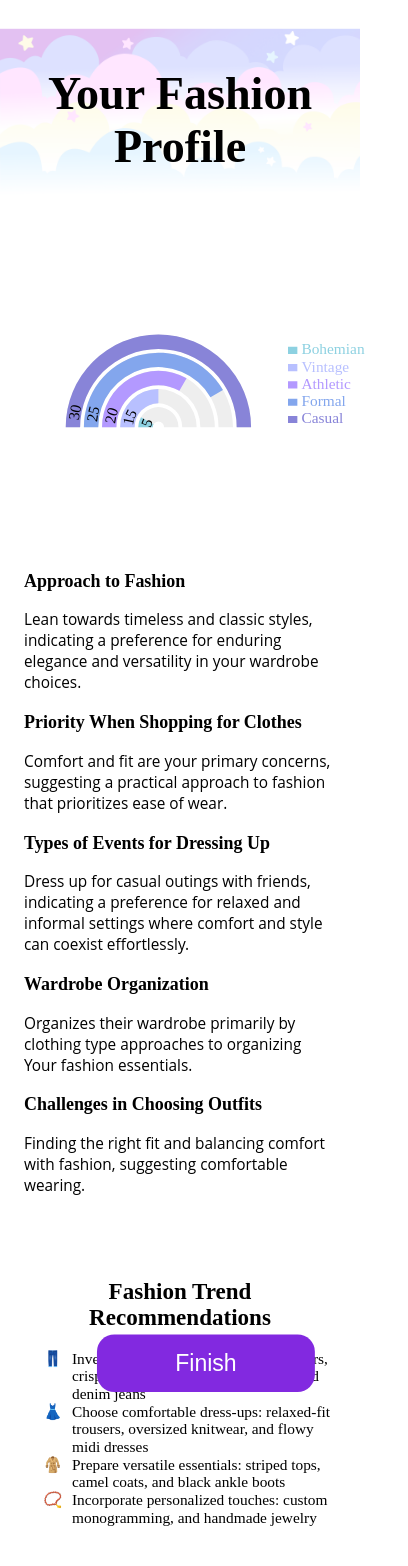
Repository: navnneett/clotho
Page: /QuizQuestions/Chart
These files come from the project's save history. The page is drawn as it stood at one moment and after the next save; the edit follows.
The browser window is 375 px wide. The page is 425 px wide, so the pictures cover 425 px, including what lies to the right of the window. The pictures show the whole page, at 96% of full size.
The project was rebuilt for these pictures with package versions that can differ from the ones it lists, and the page was loaded fresh each time. The framework's server and built-in components were replaced by stand-ins that run in the browser. Also part of the build but not shown: next.config.js, next.config.mjs.

Above is the page before, as saved 2024-04-07 11:33:23.

### pages/QuizQuestions/Chart.js
import styles from "../../styles/Chart.module.css";
import React, { useEffect, useState } from "react";
import { RadialBarChart, RadialBar, Legend, Tooltip } from "recharts";
import Button from "@/components/Button";
import Link from "next/link";


export default function Chart() {

    const [isClient, setIsClient] = useState(false)

    useEffect(() => {
        setIsClient(true)
    }, [])

    const data = [
        {
            "name": "Bohemian",
            "uv": 5,
            "pv": 5,
            "fill": "var(--chart-color-cyan)"
        },
        {
            "name": "Vintage",
            "uv": 15,
            "pv": 15,
            "fill": "var(--chart-color-light-purple)"
        },
        {
            "name": "Athletic",
            "uv": 20,
            "pv": 20,
            "fill": "var(--chart-color-bright-purple)"
        },
        {
            "name": "Formal",
            "uv": 25,
            "pv": 25,
            "fill": "var(--chart-color-blue)"
        },
        {
            "name": "Casual",
            "uv": 30,
            "pv": 30,
            "fill": "var(--chart-color-purple)"
        },
    ]

    return(
        <>
        <div className={styles.mainContainer}>

            <h1 className={styles.title}>Your Fashion Profile</h1>

            <div className={styles.contentContainer}>

            <div className={styles.questionAnalysis}>
                <div className={styles.chart}>
                    {isClient ?
                        <RadialBarChart
                            width={400}
                            height={300}
                            innerRadius="10%"
                            outerRadius="80%"
                            data={data}
                            startAngle={180}
                            endAngle={0}
                            cx={140}
                            cy={170}
                            >
                        <RadialBar minAngle={15} label={{ fill: 'var(--button-linear-light)', position: 'insideStart' }} background clockWise={true} dataKey='uv' />
                        <Legend iconSize={10} width={120} height={140} layout='vertical' verticalAlign='middle' align="right"/>
                        <Tooltip/>
                    </RadialBarChart> : <></>}
                </div>
                <div className={styles.mainContents}>
                    <h3 className={styles.analysisTitle}>Approach to Fashion</h3>
                    <p className={styles.analysisContent}>Lean towards timeless and classic styles, indicating a preference for enduring elegance and versatility in your wardrobe choices.</p>
                    <h3 className={styles.analysisTitle}>Priority When Shopping for Clothes</h3>
                    <p className={styles.analysisContent}>Comfort and fit are your primary concerns, suggesting a practical approach to fashion that prioritizes ease of wear.</p>
                    <h3 className={styles.analysisTitle}>Types of Events for Dressing Up</h3>
                    <p className={styles.analysisContent}>Dress up for casual outings with friends, indicating a preference for relaxed and informal settings where comfort and style can coexist effortlessly.</p>
                    <h3 className={styles.analysisTitle}>Wardrobe Organization</h3>
                    <p className={styles.analysisContent}>Organizes their wardrobe primarily by clothing type approaches to organizing Your fashion essentials.</p>
                    <h3 className={styles.analysisTitle}>Challenges in Choosing Outfits</h3>
                    <p className={styles.analysisContent}>Finding the right fit and balancing comfort with fashion, suggesting comfortable wearing.</p>
                </div>
            </div>
            <div className={styles.questionAnalysis}>
                <h2 className={styles.subTitle} id="space">Fashion Trend Recommendations</h2>
                <ul analysisContent>
                    <li className={styles.bulletPointJean}>Invest in timeless pieces: tailored blazers, crisp button-down shirts, and well-fitted denim jeans</li>
                    <li className={styles.bulletPointDress}>Choose comfortable dress-ups: relaxed-fit trousers, oversized knitwear, and flowy midi dresses</li>
                    <li className={styles.bulletPointTShirt}>Prepare versatile essentials: striped tops, camel coats, and black ankle boots</li>
                    <li className={styles.bulletPointShoes}>Incorporate personalized touches: custom monogramming, and handmade jewelry</li>
                </ul>
            </div>
            <div className={styles.buttonPosition}>
            <Link href={'/'}>
                <Button title="Finish" />
            </Link>
            </div>
            </div>
            </div>
        </>
    )
}

### styles/globals.css
:root {

    --transparency: rgba(0, 0, 0, 0);
    --gray: rgb(119, 119, 119);
    --red: rgb(201, 8, 8);

    --large: 21px;
    --medium: 18px;
    --small: 16px;
    --logo: 25px;

    --button-linear-light: 45deg, rgba(221, 184, 255, 0.8), rgba(214, 239, 255, 0.8);
    --button-outline-light: 2px solid #B8C0FF;
    --button-highlight-light: #8229E0;
    --black: black;
    --white: white;
    --light-gray: #B3B3B3;

    --chart-color-purple: #8884d8;
    --chart-color-blue: #83a6ed;
    --chart-color-cyan: #8dd1e1;
    --chart-color-bright-purple: #b399ff;
    --chart-color-light-purple: #b8c0ff;



    /* Text styles */
    --open-sans-text: 'Open Sans', sans-serif;
    --open-sans-weight: 500;
    --open-sans-size: 1.7rem;

    --roboto-slab-text: 'Roboto Slab', serif;
    --roboto-slab-weight: 600;
    --roboto-slab-size: 3rem;
}

html,
body {
    margin: 0;
    padding: 0;
}

### styles/Chart.module.css
@media (max-width: 430px) {

.mainContainer {
    height: 100vh;
    background-image: url('/images/quiz/Light Mode Low Opacity.png');
    background-size: cover;
    background-position: center;
    padding-top: 0 !important;
}

.questionAnalysis {
    padding: 25px;
}

.title {
    font-family: var(--roboto-slab-text);
    font-weight: var(--roboto-slab-weight);
    font-size: var(--roboto-slab-size);
    color: var(--black);
    padding: 40px 10px;
    margin: 30px 20px;
    text-align: center;
}

.subTitle {
    font-family: var(--roboto-slab-text);
    text-align: center;
}

.analysisTitle {
    font-family: var(--roboto-slab-text);
}

.analysisContent {
    font-family: var(--open-sans-text);
}

.bulletPointJean {
    list-style-type: '👖';
    padding-left: 10px;
}

.bulletPointDress {
    list-style-type: '👗';
    padding-left: 10px;
}

.bulletPointTShirt {
    list-style-type: '🧥';
    padding-left: 10px;
}

.bulletPointShoes {
    list-style-type: '📿';
    padding-left: 10px;
}

.buttonPosition {
    position: absolute;
    bottom: calc(100vh - 1450px);
    left: 101px;
}
}

### components/Button/index.js
import styles from './Button.module.css'

export default function Button({
    title = "test",
    onClick = () => {}
}) {
    return (
        <button className={styles.button} onClick={onClick}>
            {title}
        </button>
    )
}

### components/Button/Button.module.css
.button {
    width: 227px;
    height: 60px;
    padding: 0;
    font-size: 24px;
    background-color: var(--button-highlight-light);
    color: var(--white);
    border: none;
    border-radius: 18px;
    cursor: pointer;
}

.button:hover {
    background-color: rgb(189, 43, 226);
}

Loaded but not shown: pages/_app.js (common file); pages/_document.js (common file)

After the next save:
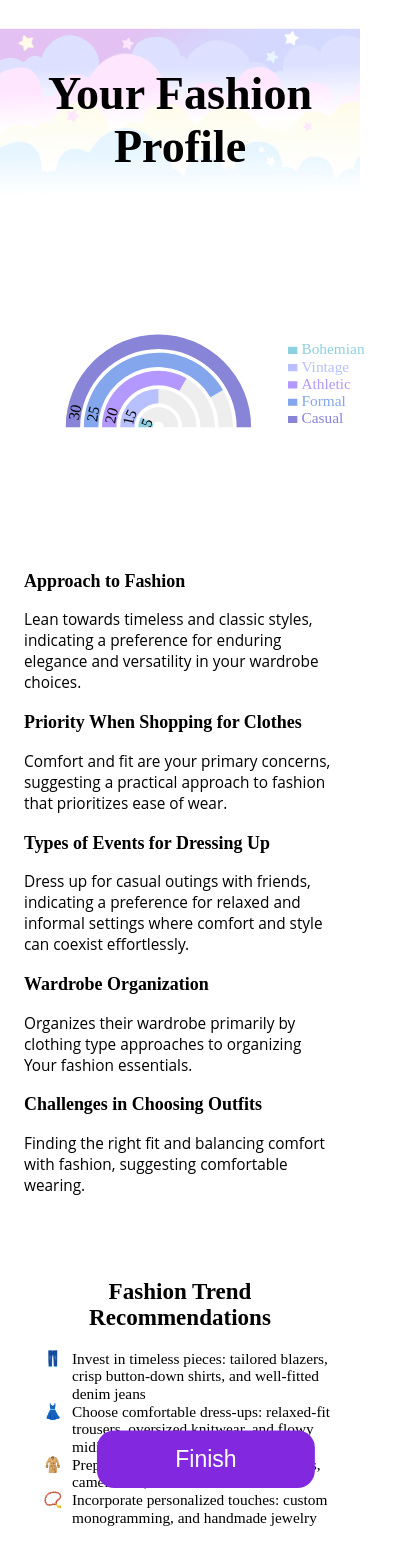
Saved 9 s later.
--- a/styles/Chart.module.css
+++ b/styles/Chart.module.css
@@ -57,7 +57,7 @@
 
 .buttonPosition {
     position: absolute;
-    bottom: calc(100vh - 1450px);
+    bottom: calc(100vh - 1550px);
     left: 101px;
 }
 }
